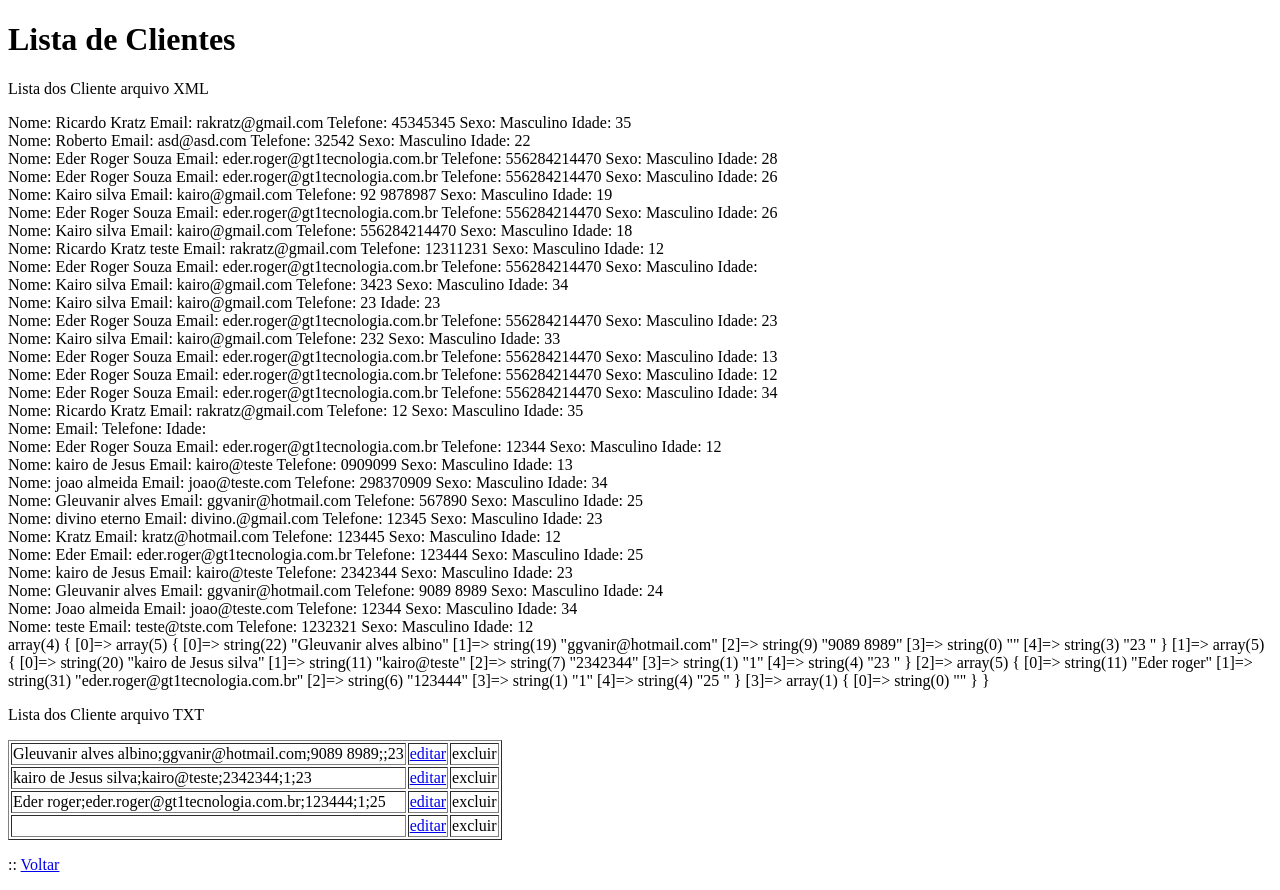
Repository: EderRoger/Faculdade
Page: http://localhost/listar.php
These files come from the project's save history. The page is drawn as it stood at one moment and after the next save; the edit follows.
The browser window is 1280 px wide. The pictures show the whole page.
The page is run by PHP 8.4 with error messages shown; the project is at /var/www/html/.

Above is the page before, as saved 2011-10-26 17:08:36.

After the next save:
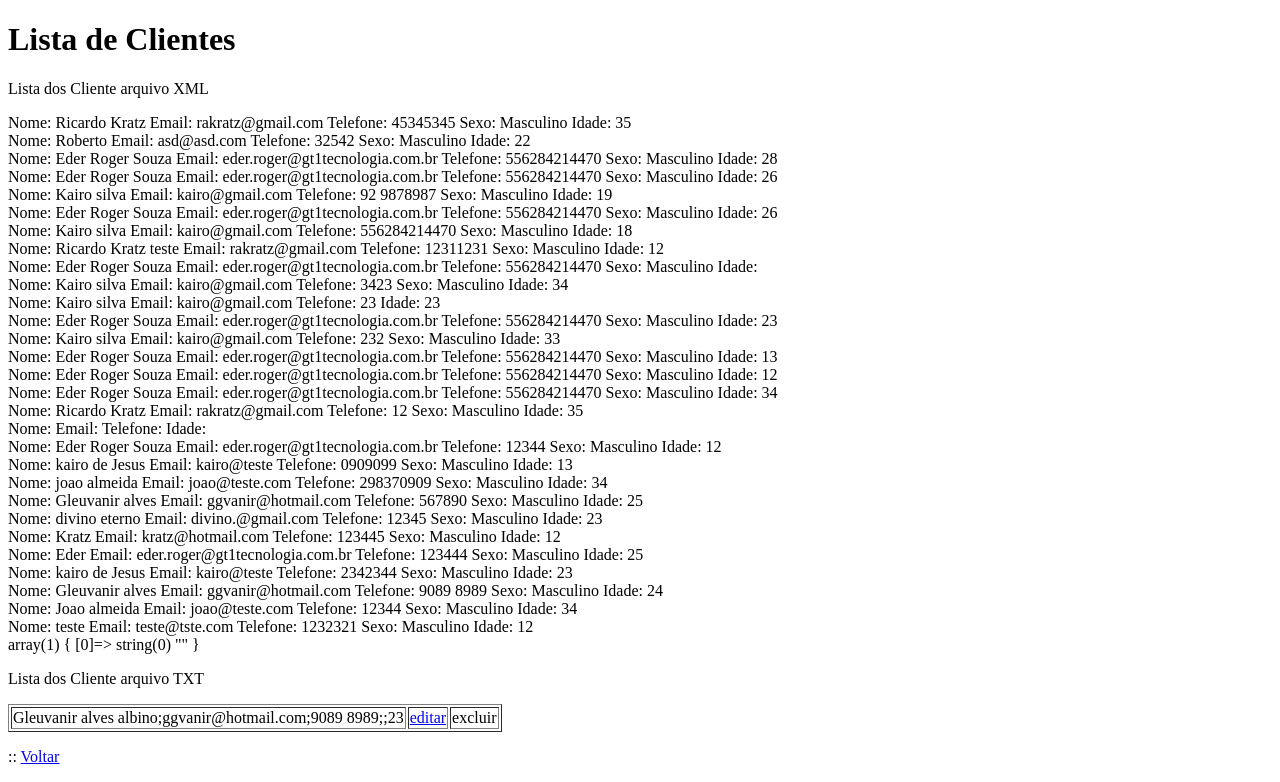
Saved 33 s later.
--- a/kratz/workspace/cadastro/listar.php
+++ b/kratz/workspace/cadastro/listar.php
@@ -39,7 +39,7 @@
 
 		//var_dump($arrayCliente);
 		for ($i=0;$i<sizeof($arrayCliente);$i++) {
-			$dados[$i] =  explode(";",$arrayCliente[$i]);
+			$dados =  explode(";",$arrayCliente[$i]);
 			//echo  $dados;
 		}
 

After the save that followed:
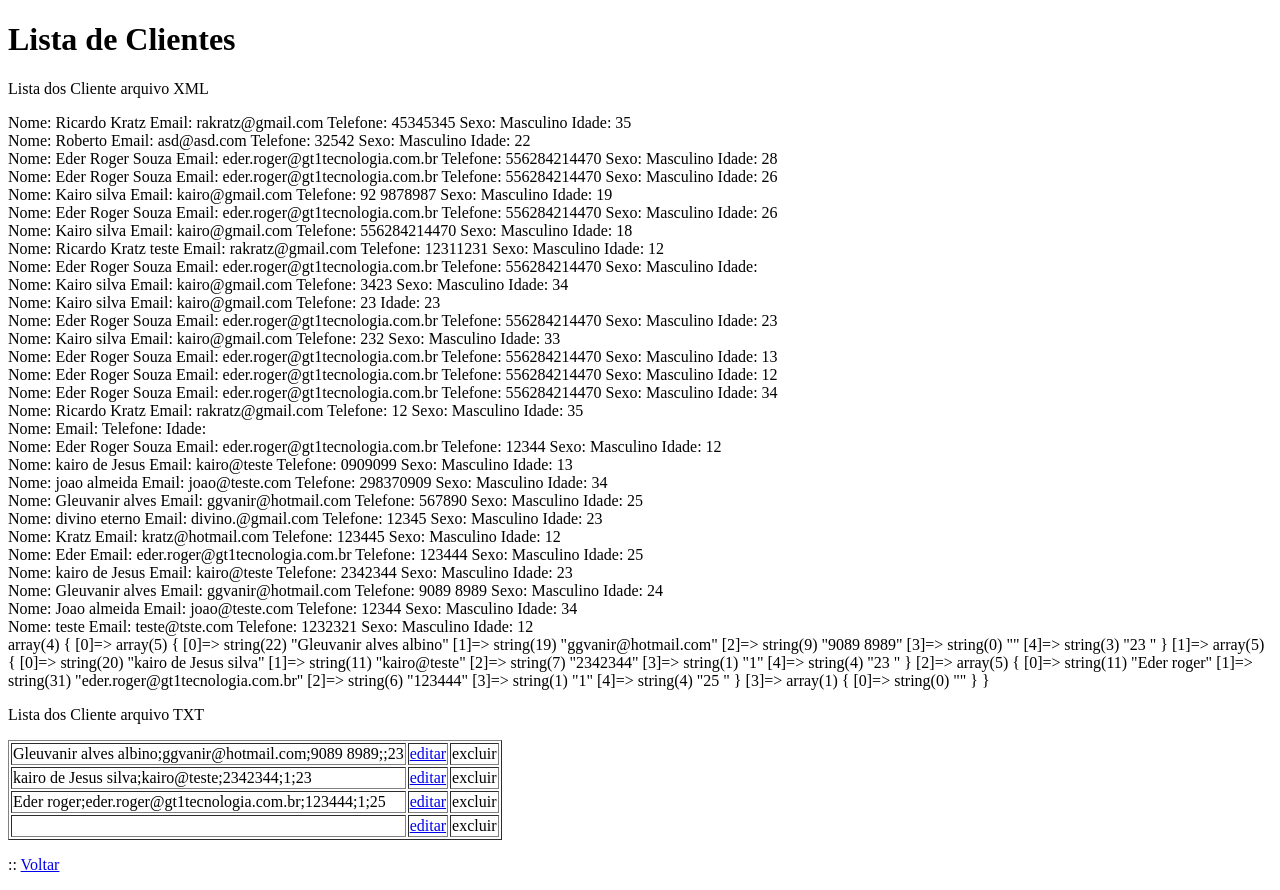
Saved 5 s later.
--- a/kratz/workspace/cadastro/listar.php
+++ b/kratz/workspace/cadastro/listar.php
@@ -39,7 +39,7 @@
 
 		//var_dump($arrayCliente);
 		for ($i=0;$i<sizeof($arrayCliente);$i++) {
-			$dados =  explode(";",$arrayCliente[$i]);
+			$dados[] =  explode(";",$arrayCliente[$i]);
 			//echo  $dados;
 		}
 
